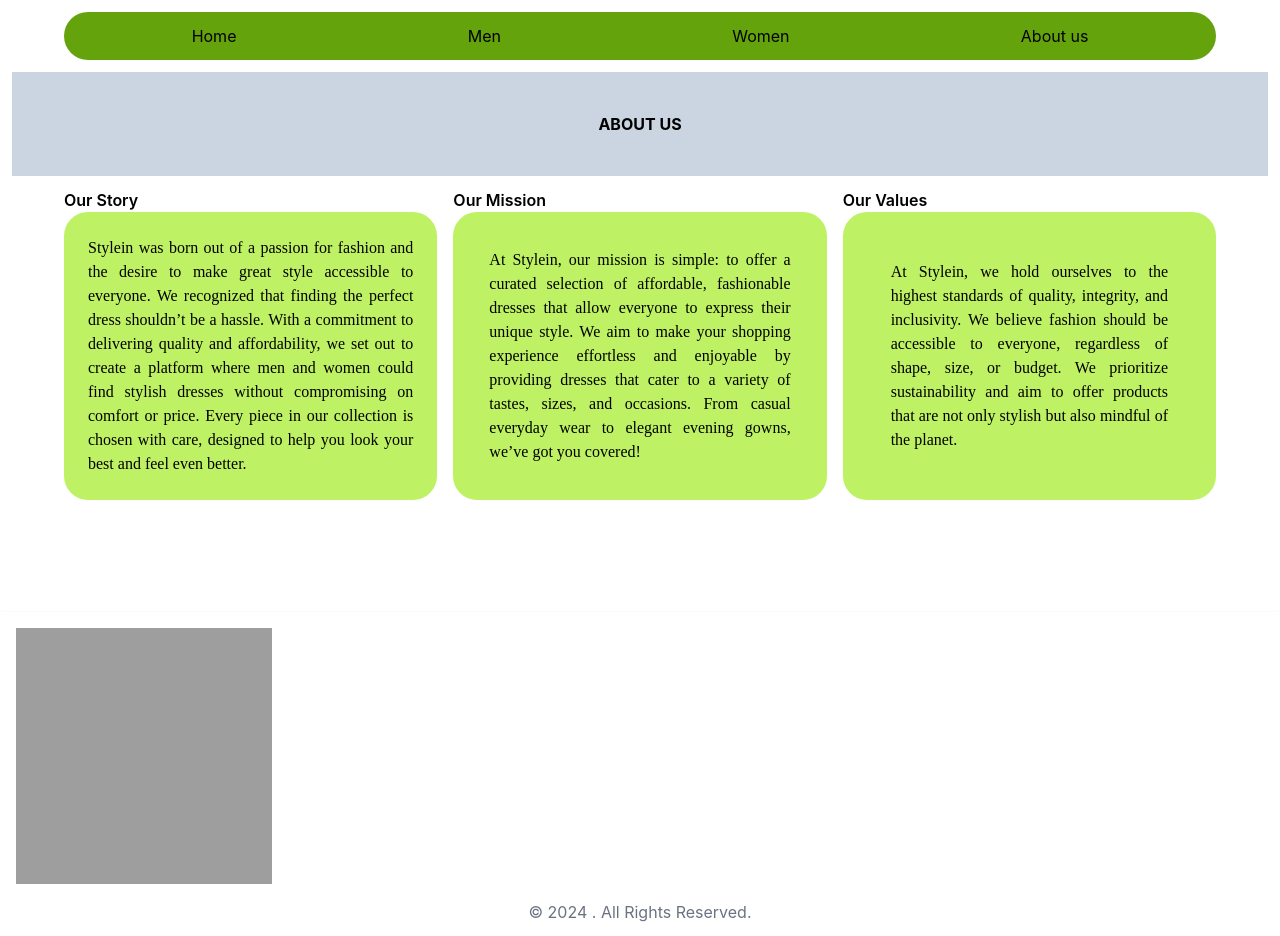
Repository: Mohankkanth/StyleIn_ShoppingSite
Page: /AboutUs
An editor plug-in stored every save of this project. The page is shown before and after a run of saves, followed by the edit.
The browser window is 1280 px wide. The pictures show the whole page.
Pictures or frames that could not be fetched are drawn as grey boxes. The project was rebuilt for these pictures with package versions that can differ from the ones it lists, and the page was loaded fresh each time. Also part of the build but not shown: vite.config.js, src/component/Home/Home.jsx, src/component/api/MenProducts.jsx, src/component/Men/Men.jsx, src/component/Women/Women.jsx, src/component/api/KidsProducts.jsx, src/component/Kids/Kids.jsx, src/component/Errorpage/Errorpage.jsx and 18 more.

Above is the page before, as saved 2024-11-23 14:04:17.

After the next 2 saves:
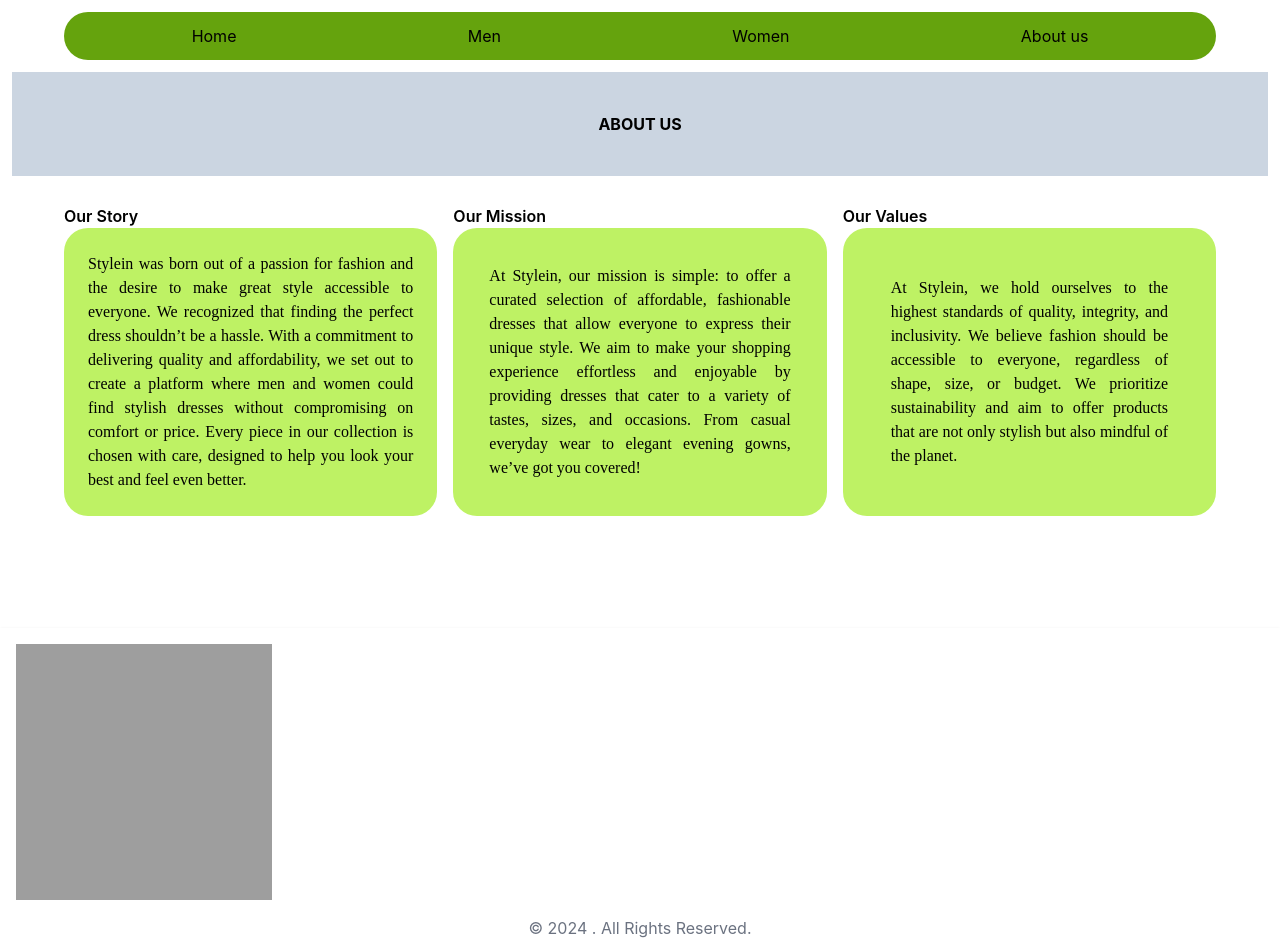
The 2 saves are shown as one change because they came seconds apart.
The last was saved 13 s later.
--- a/src/component/AboutUs/Aboutus.jsx
+++ b/src/component/AboutUs/Aboutus.jsx
@@ -7,7 +7,7 @@
             <div className='2xl:container mx-auto'>
                 <p className="font-bold bg-slate-300 text-center p-10 m-3">ABOUT US</p>
 
-                <div className=" w-[90%]  mx-auto grid grid-cols-1 md:grid-cols-3 gap-4 ">
+                <div className=" w-[90%]  mx-auto grid grid-cols-1 md:grid-cols-3 gap-4 mt-7 ">
 
                     <div>
                         <p className='font-semibold text-justify '>Our Story</p>
